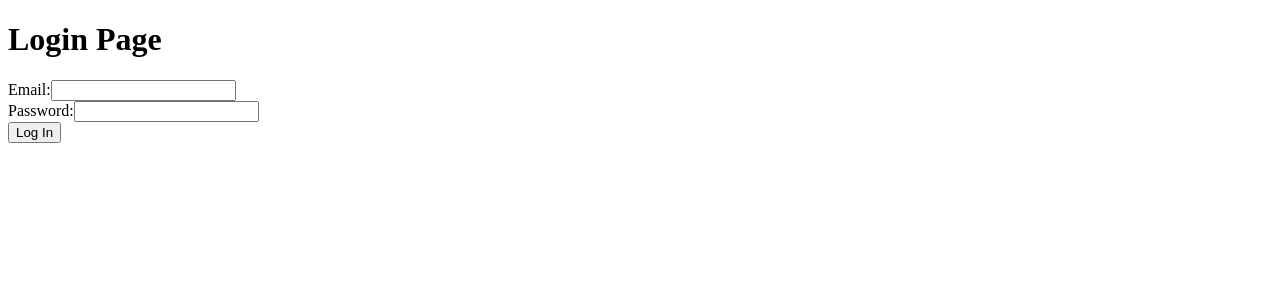
Repository: dave45678/Lesson15
Page: http://localhost/Lesson07a/ProcessForm
These files come from the project's save history. The page is drawn as it stood at one moment and after the next save; the edit follows.
The browser window is 1280 px wide. The pictures show the whole page.
The page is served by Tomcat 9.

Above is the page before, as saved 2017-09-12 20:15:07.

### JavaEE/workspace/Lesson07a/WebContent/login.jsp
<%@ page language="java" contentType="text/html; charset=UTF-8"
    pageEncoding="UTF-8"%>
<!DOCTYPE html PUBLIC "-//W3C//DTD HTML 4.01 Transitional//EN" "http://www.w3.org/TR/html4/loose.dtd">
<html>
<head>
<meta http-equiv="Content-Type" content="text/html; charset=UTF-8">
<title>Insert title here</title>
</head>
<body>
<h1>Login Page</h1>

<form action="ProcessForm" method="post">
    Email:<input type="text" name="email"/><br/>
    Password:<input type="password" name="password"/><br/>
    <input type="submit" value="Log In">
</form>

</body>
</html>

### JavaEE/workspace/Lesson07a/src/ApplicationServlet.java
import java.io.IOException;
import javax.servlet.ServletException;
import javax.servlet.annotation.WebServlet;
import javax.servlet.http.HttpServlet;
import javax.servlet.http.HttpServletRequest;
import javax.servlet.http.HttpServletResponse;
import javax.servlet.http.HttpSession;

@WebServlet("/ProcessForm")
public class ApplicationServlet extends HttpServlet {

	protected void doGet(HttpServletRequest request, HttpServletResponse response)
			throws	ServletException, IOException {

		String nextPage = "/login.jsp";
		getServletContext().getRequestDispatcher(nextPage).forward(request,response);
	}

	protected void doPost(HttpServletRequest request, HttpServletResponse response)
			throws ServletException, IOException {

		HttpSession session = request.getSession();

		String email = request.getParameter("email");
		String password = request.getParameter("password");

		String message = "";
		String nextPage = "/login.jsp";

		//check for null values then check for empty (blank) values... check null first!
		if(email!=null && !email.isEmpty()){
			//email contains data.... check the password
			if(password!=null && !password.isEmpty()){
				//check the database for the valid email and password
				//we'll learn about databases later, right now, just
				//check the values to illustrate the concept
				if(email.equalsIgnoreCase("duke@java.com") && password.equals("java123"))
				{
					message = "Thank you, you are valid";
					session.setAttribute("email",email);
					session.setAttribute("password",password);
					nextPage = "/output.jsp";
				}
				else
				{
					message = "Sorry, you are invalid.";
					session.invalidate();
					nextPage = "/login.jsp";
				}
			}
		}

		//Redirect to next page as indicated by the value of the nextPage variable
		getServletContext().getRequestDispatcher(nextPage).forward(request,response);
	}
}

After the next save:
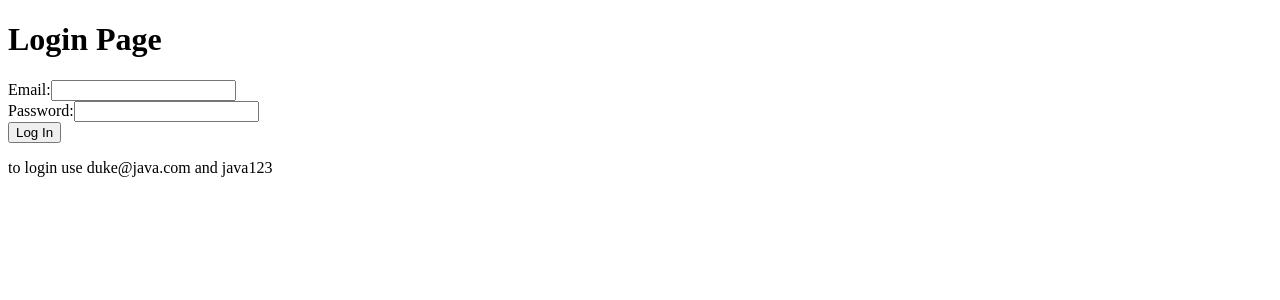
Saved 44 s later.
--- a/JavaEE/workspace/Lesson07a/WebContent/login.jsp
+++ b/JavaEE/workspace/Lesson07a/WebContent/login.jsp
@@ -14,6 +14,6 @@
     Password:<input type="password" name="password"/><br/>
     <input type="submit" value="Log In">
 </form>
-
+<p>to login use duke@java.com and java123</p>
 </body>
 </html>
